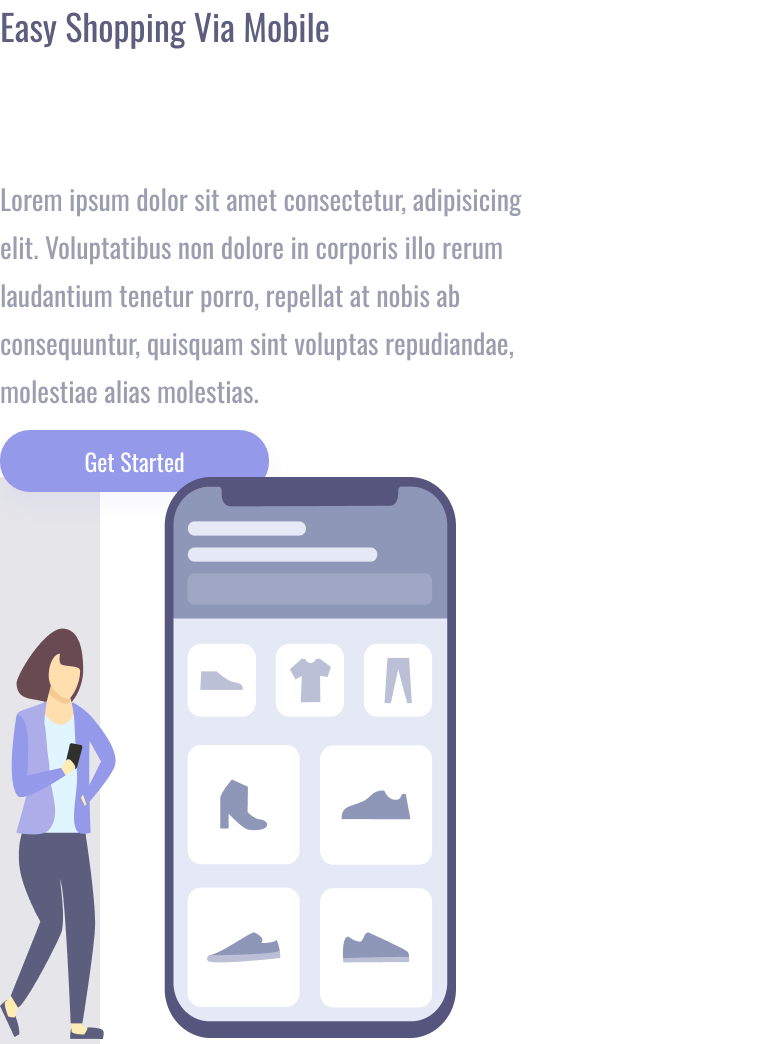
Repository: DihOliver/Projeto-Responsivo
Page: index.html
An editor plug-in stored every save of this project. The page is shown before and after the next save, followed by the edit.
The browser window is 768 px wide. The pictures show the whole page.
Some web fonts or font styles are not loaded; a fallback is used.

Above is the page before, as saved 2023-06-14 18:36:28.

### index.html
<!DOCTYPE html>
<html lang="en">
  <head>
    <meta charset="UTF-8" />
    <meta http-equiv="X-UA-Compatible" content="IE=edge" />
    <meta name="viewport" content="width=device-width, initial-scale=1.0" />
    <link rel="stylesheet" href="./styles.css" />
    <link rel="preconnect" href="https://fonts.googleapis.com" />
    <link rel="preconnect" href="https://fonts.gstatic.com" crossorigin />
    <link
      href="https://fonts.googleapis.com/css2?family=Montserrat:ital,wght@0,500;0,600;0,700;0,900;1,400&family=Oswald&family=Poppins:wght@400;500;700&family=Roboto:wght@400;500;700&family=Tilt+Prism&display=swap"
      rel="stylesheet"
    />
    <title>Css - Responsividade</title>
  </head>
  <body>
    <div class="wrapper">
      <section class="container-left">
        <h1>Easy Shopping Via Mobile</h1>
        <p>
          Lorem ipsum dolor sit amet consectetur, adipisicing elit. Voluptatibus
          non dolore in corporis illo rerum laudantium tenetur porro, repellat
          at nobis ab consequuntur, quisquam sint voluptas repudiandae,
          molestiae alias molestias.
        </p>
        <button>Get Started</button>
      </section>
      <section class="container-rigth">
        <header>
          <a>Home</a>
          <a>Work</a>
          <a>About</a>
          <a>Contact</a>
        </header>
        <img alt="Girl=cellphone.png" src="./img/girl-cellphone.png" />
      </section>
    </div>
  </body>
</html>

### styles.css
*{
    margin: 0;
    padding: 0;
    box-sizing: border-box;
    font-family: 'Oswald', sans-serif;
    font-weight: 400;
}

.wrapper {
    height: 100vh;
    width: 100vw;

}

.container-left {
    display: inline-block;
    width: 60%;
    padding: 136px;
    margin-top: 25%;


}


.container-rigth {
    display: inline-block;
    background-color: rgba(93,93,125,0.16);
    height: 100vh;
    position: absolute;
    width: 540px;
    width: 40%;


}

img {
    position: relative;
    top: 25%;
    right: 130px;
}

h1 {
    font-weight: 0px;
    font-size: 70px;
    line-height: 80px;
    color: #5D5D7D;
    width: 368px;
    height: 160px;
    width: 368px;


}

p {
    font-size: 28px;
    line-height: 48px;
    color: #5D5D7D;
    opacity: 0.6;
    margin: 15px 0;
    width: 540px;

}

button {
    width: 269px;
    height: 62px;
    background: #9499EA;
    font-size: 24px;
    line-height: 36px;
    text-align: center;
    box-shadow: 0px 10px 24px rgba(148, 153, 234, 0.0979959);
    color: #FFFFFF;
    border: none;
    border-radius: 30px;
    cursor: pointer;
    }

    button:hover {
        opacity: .8;
    }

    button:active {
        opacity: .5;
    }

    a {
        font-size: 28px;
        line-height: 41px;
        color: #5D5D7D;
        margin: 41px;
        cursor: pointer;
    }

    a:nth-child(2) {
        opacity: 0.4;

    }

    a:hover {
        opacity: 0.4;
    }

    a:active {
        opacity: 0.8;
    }

    header {
        margin: 24px 0 0 57px;
    }

    @media screen and (max-width: 900px) {
        .container-left {
            width: 100%;
            height: 50%;
            padding: 0;
            margin: 0;
        }

        .container-rigth {
            display: block;
            height: auto;
            width: 100px;
            position: static;
        }

        img {
            position: static;
        }

        header {
            display: none;
        }

        h1 {
            font-size:36px;
            line-height: 52px;
            width: auto;
        }
    }

After the next save:
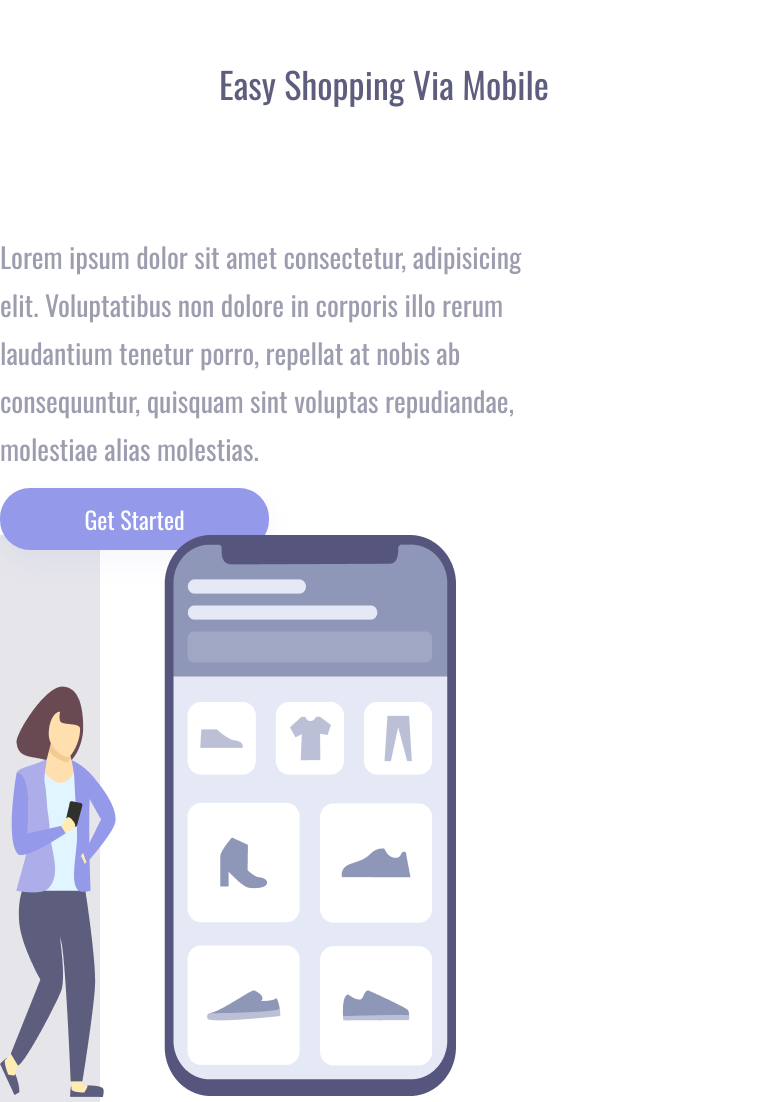
Saved 39 s later.
--- a/styles.css
+++ b/styles.css
@@ -135,5 +135,7 @@ button {
             font-size:36px;
             line-height: 52px;
             width: auto;
+            margin: 58px 50px 0 50px;
+            text-align: center;
         }
     }
